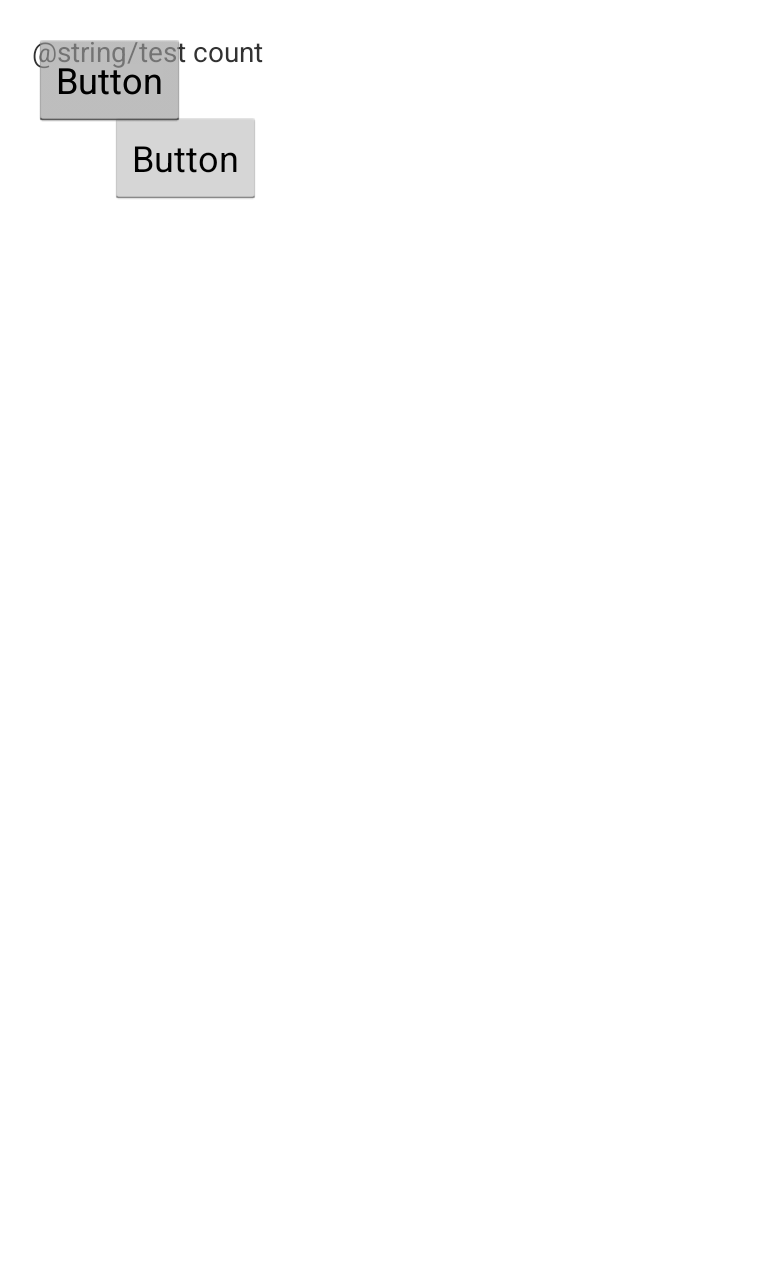
Repository: sparrow1058/AppTest
Layout: BindService/res/layout/activity_main.xml
The author's editor kept a copy of each file at every save. The layout is drawn from the files as they stood at one save, then again after the next save.
It is drawn on a 768 x 1280 px phone screen (xhdpi) without system bars, with theme AppTheme; the app's code is not run.

Above is the layout before, as saved 2015-08-24 07:30:52.

After the next save:
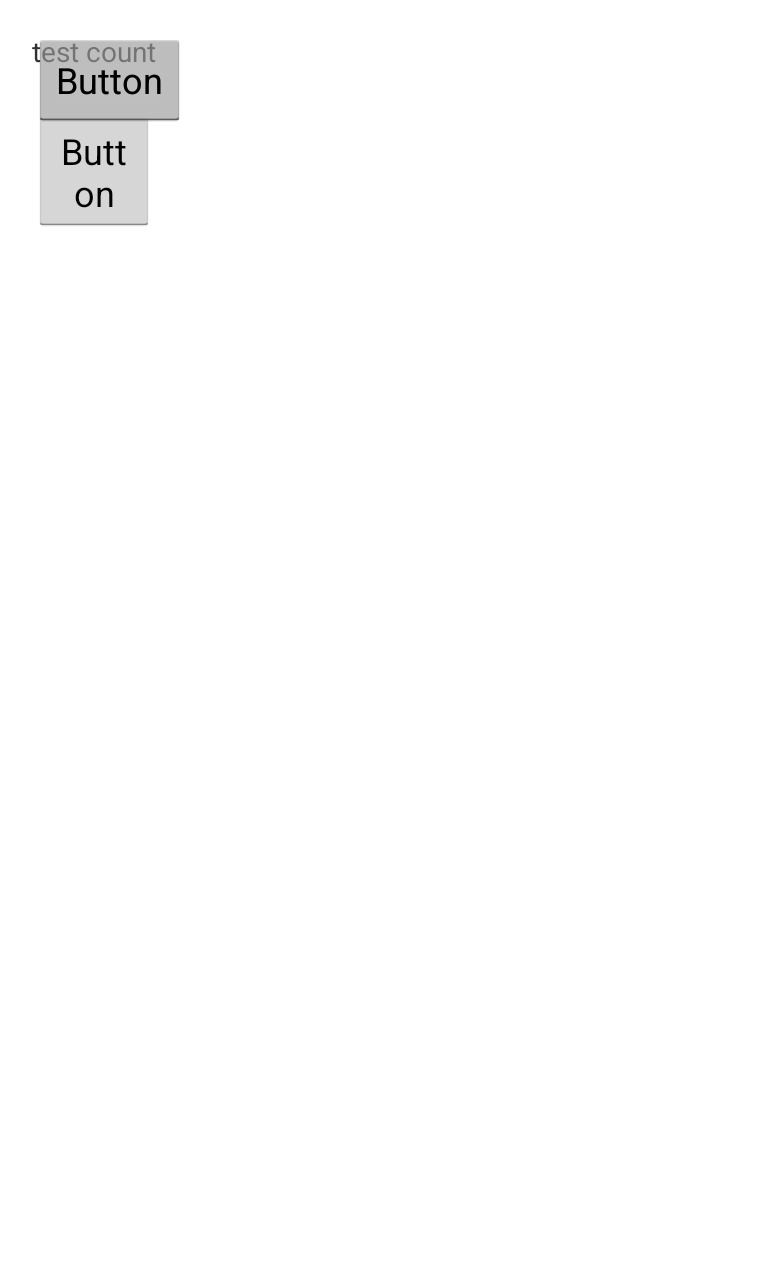
Saved 12 s later.
--- a/BindService/res/layout/activity_main.xml
+++ b/BindService/res/layout/activity_main.xml
@@ -12,7 +12,7 @@
         android:id="@+id/textView1"
         android:layout_width="wrap_content"
         android:layout_height="wrap_content"
-        android:text="@string/test count" />
+        android:text="test count" />
 
     <Button
         android:id="@+id/bind"
